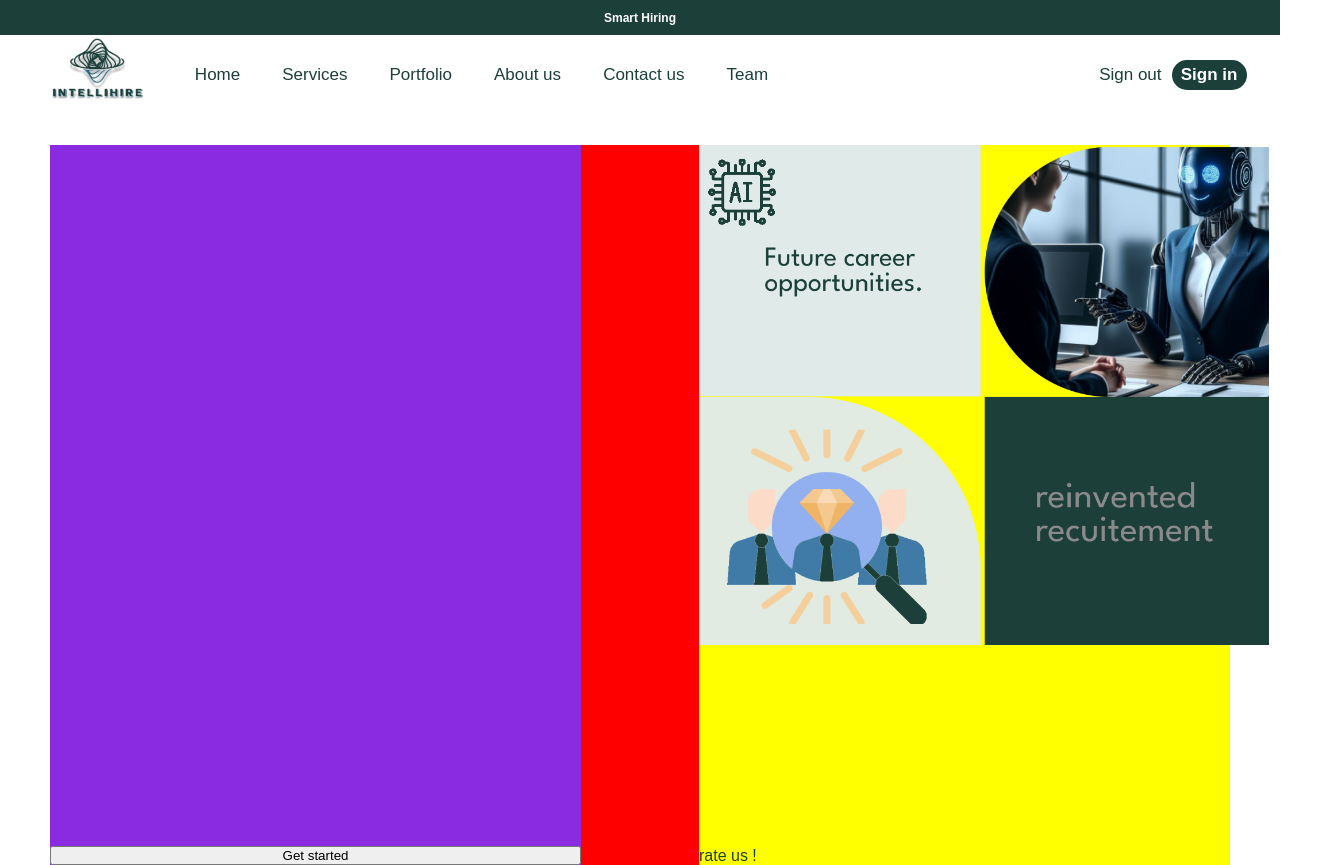
Repository: arijkl/Projet-PFA
Page: HomePage.html
An editor plug-in stored every save of this project. The page is shown before and after the next save, followed by the edit.
The browser window is 1280 px wide. The page is 1280 px wide, then 1322 px, then 1280 px, so the pictures cover 1322 px, including what lies to the right of the window. The pictures show the whole page.

Above is the page before, as saved 2024-04-21 19:52:42.

### HomePage.html
<!DOCTYPE html>
<html lang="en">
  <head>
    <meta charset="UTF-8" />
    <meta name="viewport" content="width=device-width, initial-scale=1.0" />
    <title>Document</title>
    <link rel="stylesheet" href="HomePage.css" />
  </head>
  <body>
    <nav class="beforeNav">
      <span>Smart Hiring</span>
    </nav>
    <nav class="navBar">
      <span class="Mainlogo"><img src="Assets/mainlogo.png" alt="" /></span>
      <ul>
        <li><a href="">Home</a></li>
        <li><a href="">Services</a></li>
        <li><a href="">Portfolio</a></li>
        <li><a href="">About us</a></li>
        <li><a href="">Contact us</a></li>
        <li><a href="">Team</a></li>
      </ul>
      <span class="signin-out">
        <a href="">Sign out</a>
        <a href="" class="sign-in">Sign in</a>
      </span>
    </nav>
    <div class="container">
        <div class="left-container">
            <span></span>
            <h1></h1>
            <p></p>
            <button>Get started</button>
        </div>
        <div class="right-container">
            <img src="Assets/Home-right-image.png" alt="">
            <span>rate us !

            </span>
        </div>


    </div>
  </body>
</html>

### HomePage.css
* {
    margin: 0px;
    padding: 0px;
    font-family: 'Montserrat', sans-serif;
}

@font-face {
    font-family: 'Montserrat';
    src: url('https://fonts.googleapis.com/css2?family=Montserrat&display=swap');
    /* You can also host the font files locally and provide the path accordingly */
}




body {
    font-family: 'Montserrat', sans-serif;
    background: white;
    color: #1C3F3A;
    height: 100vh;
    width: 100%;


.beforeNav {
    background-color: #1C3F3A;
    height: 35px;
    color: white;
    display: flex;
    justify-content: space-around;
    align-items: center;
    font-weight: 550;
    font-size: 12px;

}

.Mainlogo {
    height: 100%;
    width: 15%;

}

.Mainlogo img {
    position: absolute;
    height: 100px;
    width: 150px;

}

.navBar {

    height: 80px;
    display: flex;
    justify-content: space-between;
    margin-left: 20px;
    margin-right: 20px;
    font-weight: 500;



}

.navBar ul {
    display: flex;
    justify-content: space-around;
    align-items: center;
    width: 60%;
    list-style: none;
    margin-right: 25%;
    font-size: 17px;

}

.navBar ul li a {
    text-decoration: none;
    color: #1C3F3A;



}

.signin-out {
    display: flex;
    align-items: center;
    margin-right: 7px;
    width: 15%;



}

.signin-out a {
    text-decoration: none;
    font-size: 17px;

}

.signin-out a:first-child {
    color: #1C3F3A;

}

.sign-in {
    display: flex;
    justify-content: center;
    align-items: center;
    width: 75px;
    height: 30px;
    font-weight: 550;
    margin-left: 10px;
    color: white;
    background-color: #1C3F3A;
    border-radius: 15px;



}
.container{
    display: flex;
    justify-content: space-between;
    align-items:center;
    height: 100%;
    margin-left: 50px;
    margin-right: 50px;
    margin-top:30px;
    background-color:red;
}

.left-container{
    background-color:blueviolet;
    height: 100%;
    width:45%;
    display: flex;
    flex-direction: column;
    justify-content:space-between;
}
.right-container{
    background-color:yellow;
    height: 100%;
    width:45%;
    display: flex;
    flex-direction: column;
    justify-content:space-between;
}
.right-container img{
    margin-right: 10%;
    height:500px;
    width:570px;

}

After the next save:
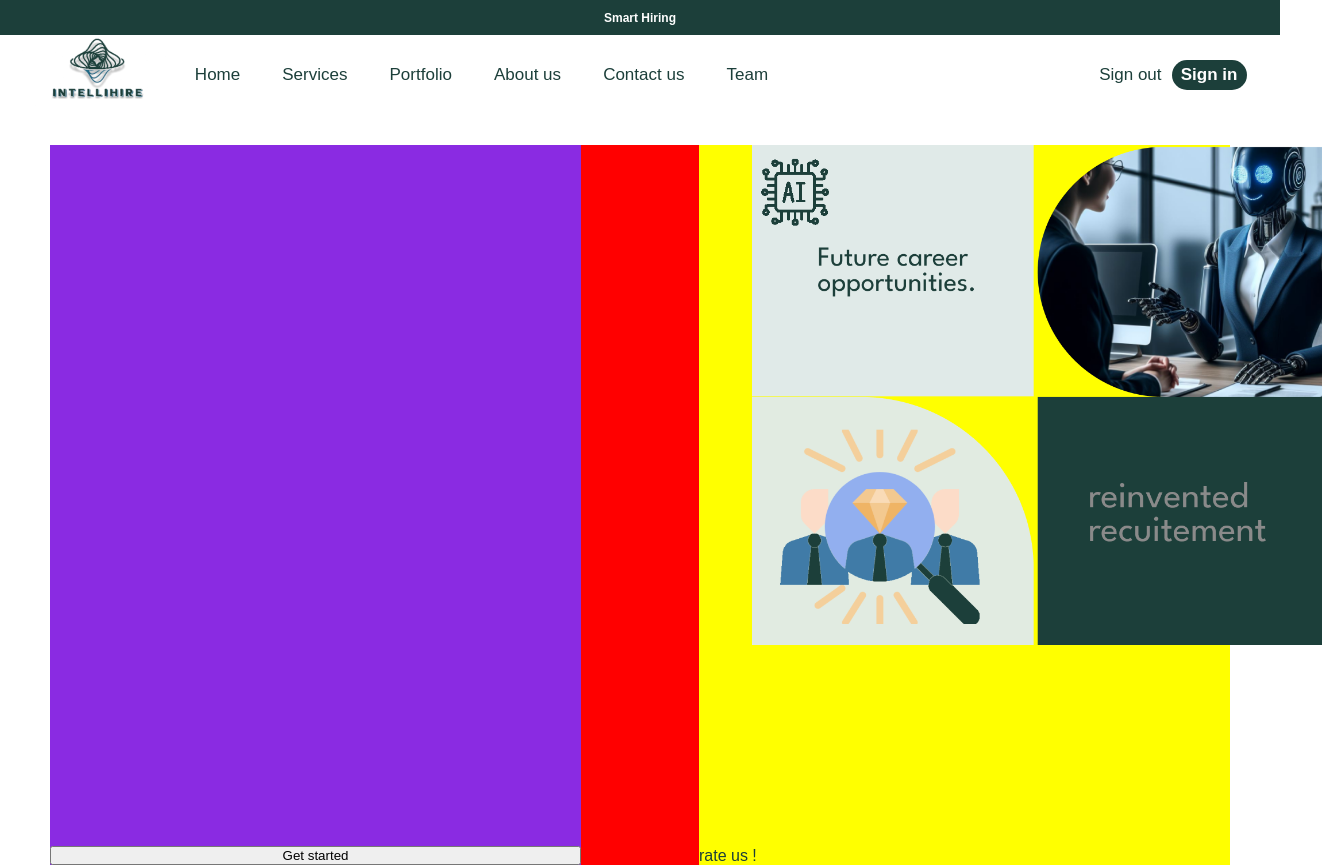
Saved 7 s later.
--- a/HomePage.css
+++ b/HomePage.css
@@ -142,7 +142,7 @@
     justify-content:space-between;
 }
 .right-container img{
-    margin-right: 10%;
+    margin-left: 10%;
     height:500px;
     width:570px;
 

After the save that followed:
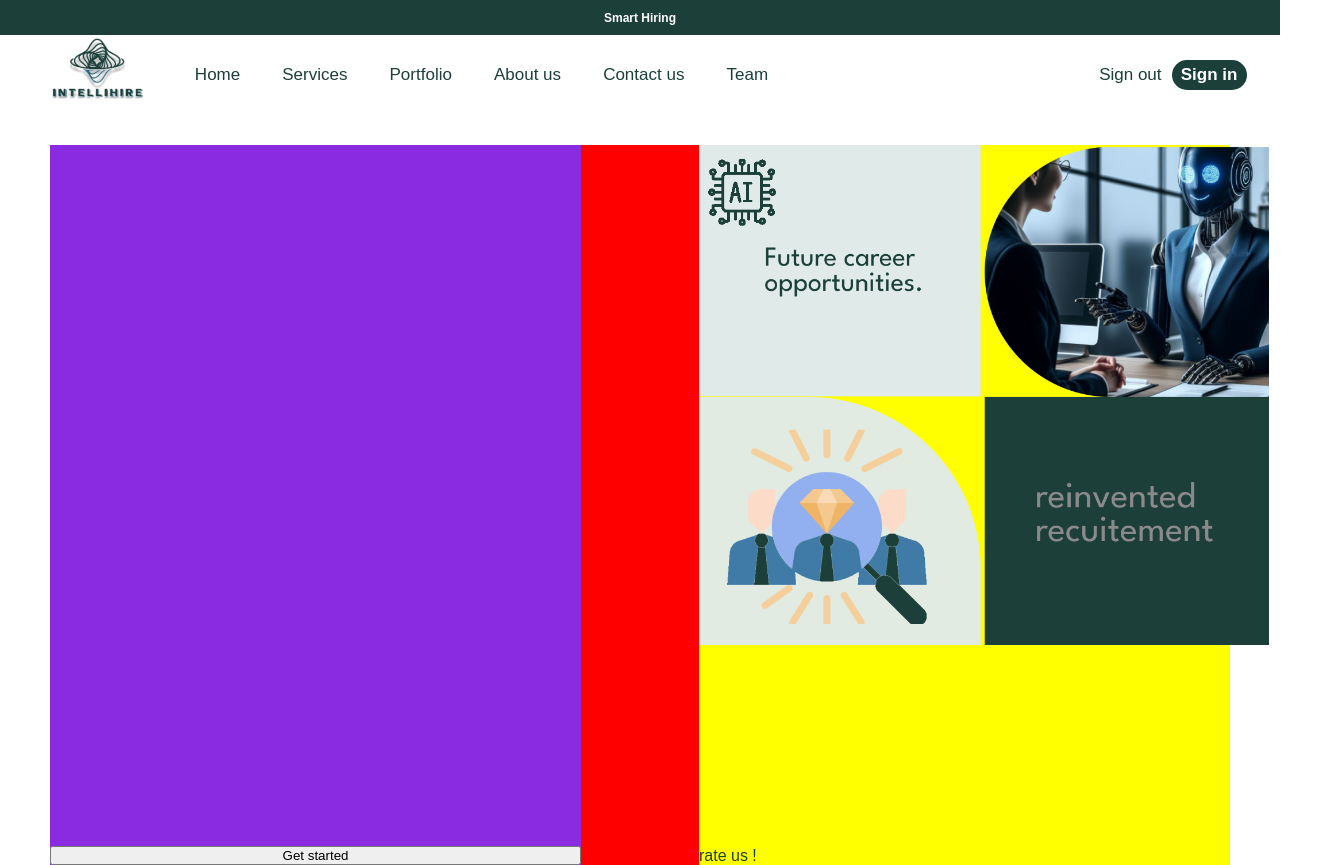
Saved 7 s later.
--- a/HomePage.css
+++ b/HomePage.css
@@ -142,7 +142,7 @@
     justify-content:space-between;
 }
 .right-container img{
-    margin-left: 10%;
+    margin-left: 0%;
     height:500px;
     width:570px;
 
